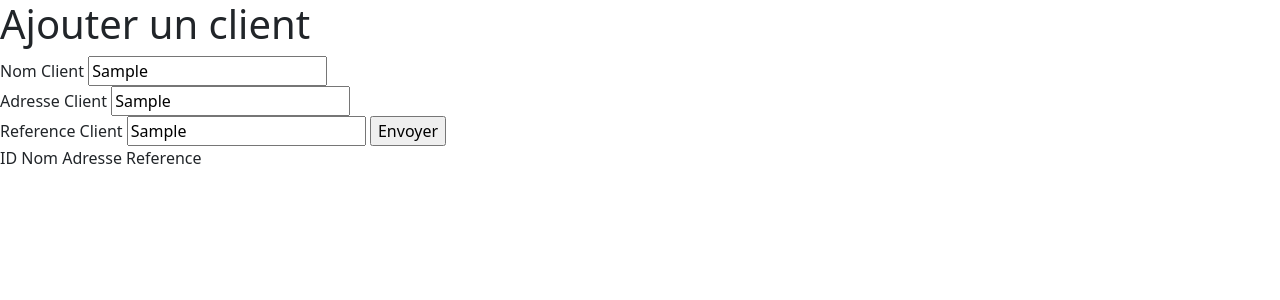
Repository: Elie-Dey/airblio
Page: test.html
An editor plug-in stored every save of this project. The page is shown before and after the next save, followed by the edit.
The browser window is 1280 px wide. The pictures show the whole page.
Empty fields were first filled with sample values (such as "Sample", 5 or name@example.com).
After loading, the first visible `form` was submitted once.

Above is the page before, as saved 2022-03-28 19:20:18.
Console error (its wording comes from the project's code and is left out).

### test.html
<!DOCTYPE html>
<html lang="en">
  <head>
    <meta charset="UTF-8" />
    <meta http-equiv="X-UA-Compatible" content="IE=edge" />
    <meta name="viewport" content="width=device-width, initial-scale=1.0" />
    <link
      href="https://cdn.jsdelivr.net/npm/bootstrap@5.1.3/dist/css/bootstrap.min.css"
      rel="stylesheet"
      integrity="sha384-1BmE4kWBq78iYhFldvKuhfTAU6auU8tT94WrHftjDbrCEXSU1oBoqyl2QvZ6jIW3"
      crossorigin="anonymous"
    />
    <script src="https://ajax.googleapis.com/ajax/libs/jquery/3.6.0/jquery.min.js"></script>
    <title>Document</title>
  </head>
  <body>
    <h1>Ajouter un client</h1>
    <form action="connect.php" method="POST">
      <label for="nom">Nom Client </label>
      <input type="text" name="nom" id="nom" /> <br />
      <label for="Adresse">Adresse Client</label>
      <input type="text" name="adresse" id="adresse" /> <br />
      <label for="reference">Reference Client</label>
      <input type="text" name="reference" id="reference" />
      <input type="submit" value="Envoyer" />
    </form>


    <div >

    <p> ID  Nom   Adresse Reference </p> <br>
  <div class="display-client"></div>
    <script src="js/app.js"></script>
  </body>
</html>

### js/app.js
// var getHttpRequest = function () {
//   var httpRequest = false;
//   if (window.XMLHttpRequest) {
//     // Mozilla, Safari, IE7+...
//     httpRequest = new XMLHttpRequest();
//   } else if (window.ActiveXObject) {
//     // IE 6 et antérieurs
//     httpRequest = new ActiveXObject("Microsoft.XMLHTTP");
//   }

//   return httpRequest;
// };

// var httpRequest = getHttpRequest();
// httpRequest.open("GET");

// $(document).ready(function () {
//   $("form").submit(function (event) {
//     var formData = {
//       nom: $("#nom").val(),
//       adresse: $("#adresse").val(),
//       reference: $("#reference").val(),
//     };
//     $.ajax({
//       type: "POST" ? url : "connect.php",
//       data: formData,
//       dataType: "json",
//       encode: true,
//     }).done(function (data) {
//       console.log(data);
//     });

//     event.preventDefault();
//   });
// });

function getClients() {
  //Creation d'une requete AJAX pour se connecter au serveur avec le fichier connect.php
  const requeteAjax = new XMLHttpRequest();
  requeteAjax.open("GET", "connect.php");

  //Quand les données sont reçus, les traités sous forme de JSON et les affichés au format HTML

  requeteAjax.onload = function () {
    const resultat = JSON.parse(requeteAjax.responseText);
    const html = resultat
      .map(function (client) {
        return `

     ${client.id}
    ${client.nom}
    ${client.adresse}
    ${client.reference}<br>

      `;
      })
      .join("");

    const clients = document.querySelector(".display-client");
    clients.innerHTML = html;
  };

  //On envoie la requete
  requeteAjax.send();
}

function postClients(event) {
  //Stopper le submit du formulaire

  event.preventDefault();

  //Récuperation des données du formulaire

  const nom = document.querySelector("#nom");
  const adresse = document.querySelector("#adresse");
  const reference = document.querySelector("#reference");

  //Conditionner les données

  const data = new FormData();
  data.append("nom", nom.value);
  data.append("adresse", adresse.value);
  data.append("reference", reference.value);

  //  Configuration de la requette Ajax

  const requeteAjax = new XMLHttpRequest();
  requeteAjax.open("POST", "connect.php?task=write");
  requeteAjax.onload = function () {
    getClients();
  };

  requeteAjax.send(data);
}
document.querySelector("form").addEventListener("submit", postClients);

After the next save:
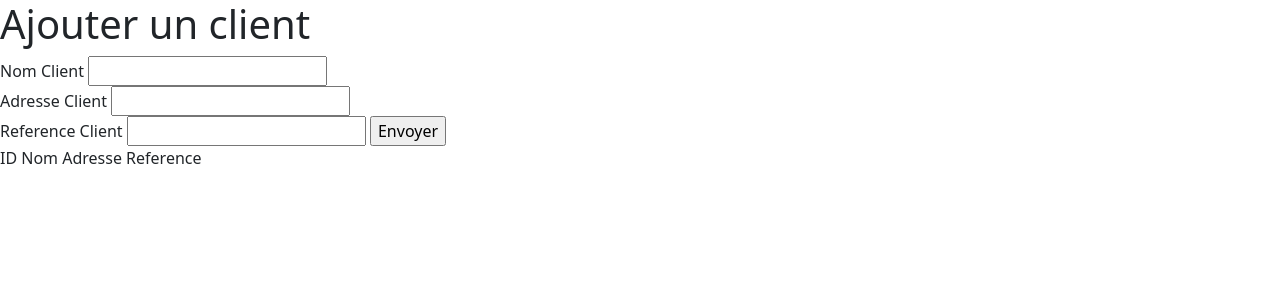
Saved 2 min 17 s later.
--- a/js/app.js
+++ b/js/app.js
@@ -87,6 +87,9 @@ function postClients(event) {
   const requeteAjax = new XMLHttpRequest();
   requeteAjax.open("POST", "connect.php?task=write");
   requeteAjax.onload = function () {
+    nom.value = " ";
+    adresse.value = " ";
+    reference.value = "";
     getClients();
   };
 
